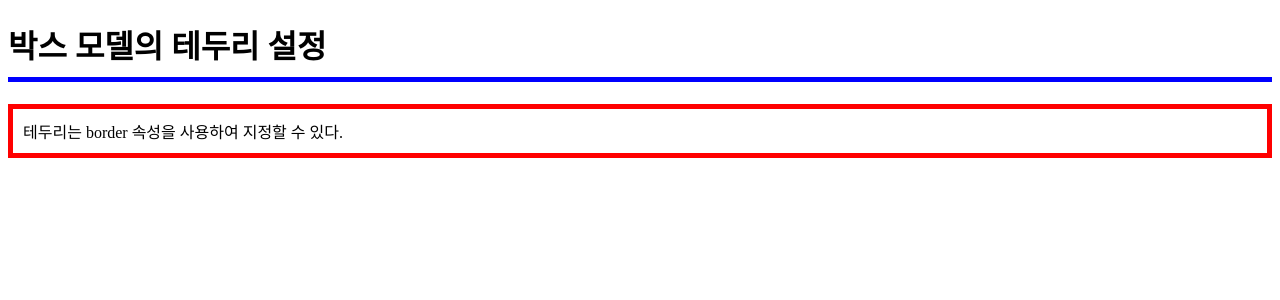
Repository: KimHeonSeung/TJE_HTML
Page: sources/day_04/WebContent/style_14.html
An editor plug-in stored every save of this project. The page is shown before and after the next save, followed by the edit.
The browser window is 1280 px wide. The pictures show the whole page.

Above is the page before, as saved 2019-05-15 01:55:57.

### sources/day_04/WebContent/style_14.html
<!DOCTYPE html>
<html>
<head>
<meta charset="UTF-8">
<title>display 속성</title>

<style type = "text/css">
h1 {
	padding-bottom: 10px;
	border-bottom: 5px solid blue;
}

p {
	padding: 10px;
	border: 5px red solid;
}

</style>

</head>
<body>

<h1>박스 모델의 테두리 설정</h1>
<p>테두리는 border 속성을 사용하여 지정할 수 있다.</p>

</body>
</html>

After the next save:
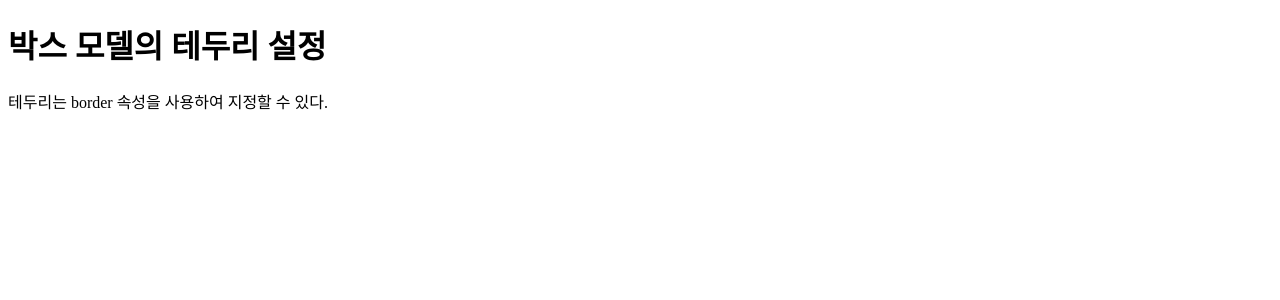
Saved 9 s later.
--- a/sources/day_04/WebContent/style_14.html
+++ b/sources/day_04/WebContent/style_14.html
@@ -5,15 +5,6 @@
 <title>display 속성</title>
 
 <style type = "text/css">
-h1 {
-	padding-bottom: 10px;
-	border-bottom: 5px solid blue;
-}
-
-p {
-	padding: 10px;
-	border: 5px red solid;
-}
 
 </style>
 
